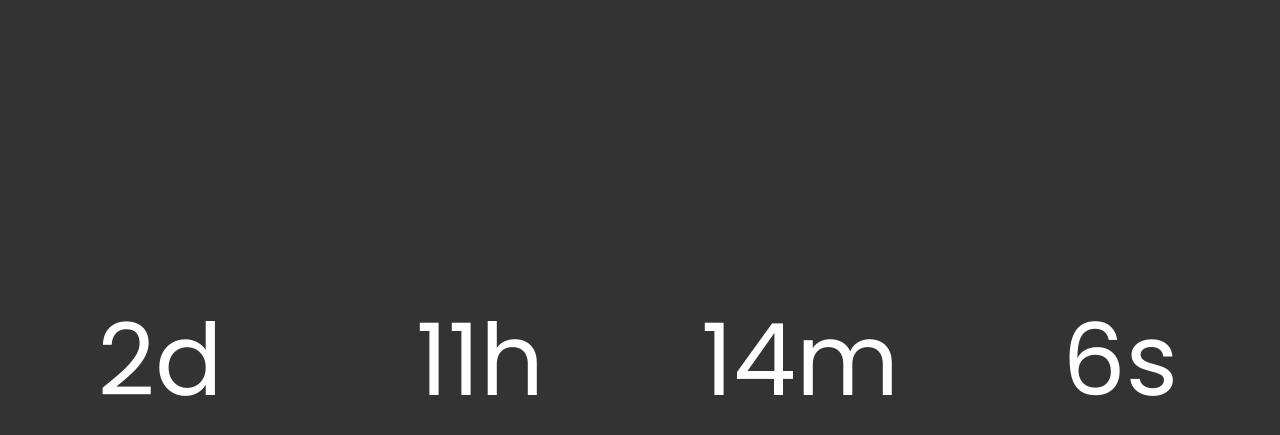
Repository: LeTanTru/All-Code
Page: Countdown/index.html
These files come from the project's save history. The page is drawn as it stood at one moment and after the next save; the edit follows.
The browser window is 1280 px wide. The pictures show the whole page.

Above is the page before, as saved 2023-01-04 21:07:15.

### Countdown/index.html
<!DOCTYPE html>
<html lang="en">

<head>
    <meta charset="UTF-8">
    <meta http-equiv="X-UA-Compatible" content="IE=edge">
    <meta name="viewport" content="width=device-width, initial-scale=1.0">
    <link rel="icon" type="image/x-icon" href="https://encrypted-tbn0.gstatic.com/images?q=tbn:ANd9GcQIQh1eX0Q6u5cD437ia0Gx8Band5tZZqGc_A&usqp=CAU">
    <title>Countdown</title>
    <link rel="stylesheet" href="./style.css">
    <link rel="preconnect" href="https://fonts.googleapis.com">
    <link rel="preconnect" href="https://fonts.gstatic.com" crossorigin>
    <link href="https://fonts.googleapis.com/css2?family=Poppins:wght@400;500&display=swap" rel="stylesheet">
</head>

<body>
    <div class="wrapper">
        <div class="countdown">
            <h3 class="countdown-css days"></h3>
            <h3 class="countdown-css hours"></h3>
            <h3 class="countdown-css minutes"></h3>
            <h3 class="countdown-css seconds"></h3>
        </div>
    </div>
    <script src="./countdown.js"></script>
</body>

</html>

### Countdown/style.css
*,
*::before,
*::after {
  box-sizing: border-box;
}

* {
  margin: 0;
  padding: 0;
  font: inherit;
}

body {
  line-height: 1.5;
}

img,
picture,
video,
canvas,
svg {
  display: block;
  max-width: 100%;
}

input,
button,
textarea,
select {
  outline: none;
}

p,
h1,
h2,
h3,
h4,
h5,
h6 {
  overflow-wrap: break-word;
}

* {
  border: 0;
  padding: 0;
  margin: 0;
  box-sizing: border-box;
}

body {
  background-color: #333;
}

html {
  font-family: "Poppins", sans-serif;
}

.wrapper {
  display: flex;
  align-items: center;
  justify-content: flex-start;
  height: 100vh;
}

.countdown {
  width: 100%;
  height: 300px;
  border-radius: 15px;
  display: flex;
  transition: all linear 0.5s;
  position: relative;
  color: white;
}

.countdown.open {
  background-color: rgba(100, 73, 74, 0.5);
}

.countdown-css {
  display: inline-block;
  width: 25%;
  height: 300px;
  line-height: 300px;
  text-align: center;
  font-size: 100px;
  pointer-events: none;
  transition: all linear 0.5s;
  user-select: none;
}

### Countdown/countdown.js
const daysEle = document.querySelector(".days");
const hoursEle = document.querySelector(".hours");
const minutesEle = document.querySelector(".minutes");
const secondsEle = document.querySelector(".seconds");

console.log({ daysEle, hoursEle, minutesEle, secondsEle });

const date = new Date();
const dateEnd = new Date("1/1/2023");
const difference = dateEnd.getTime() - date.getTime();
const days = Math.floor(difference / (1000 * 86400));
const hours = Math.floor(difference / (1000 * 3600) - days * 24);
const minutes = Math.floor(
  (difference / (1000 * 3600) - days * 24 - hours) * 60
);
const seconds = Math.floor(
  ((difference / (1000 * 3600) - days * 24 - hours) * 60 - minutes) * 60
);
daysEle.innerText = days + "d";
hoursEle.innerText = hours + "h";
minutesEle.innerText = minutes + "m";
secondsEle.innerText = seconds + "s";

setInterval(() => {
  const date = new Date();
  const dateEnd = new Date("1/1/2023");
  const difference = dateEnd.getTime() - date.getTime();
  const days = Math.floor(difference / (1000 * 86400));
  const hours = Math.floor(difference / (1000 * 3600) - days * 24);
  const minutes = Math.floor(
    (difference / (1000 * 3600) - days * 24 - hours) * 60
  );
  const seconds = Math.floor(
    ((difference / (1000 * 3600) - days * 24 - hours) * 60 - minutes) * 60
  );
  daysEle.innerText = days + "d";
  hoursEle.innerText = hours + "h";
  minutesEle.innerText = minutes + "m";
  secondsEle.innerText = seconds + "s";
}, 1000);

After the next save:
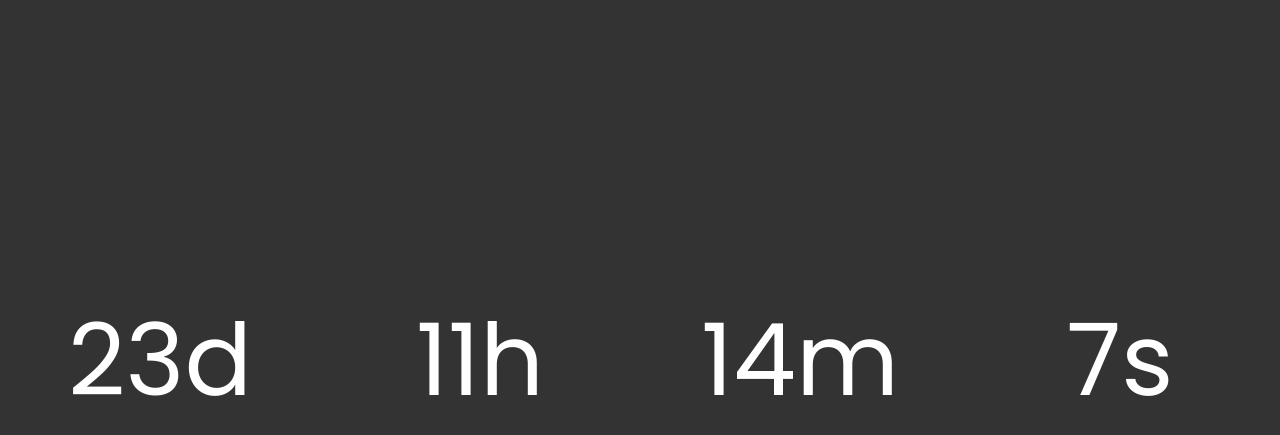
Saved 12 s later.
--- a/Countdown/countdown.js
+++ b/Countdown/countdown.js
@@ -23,7 +23,7 @@ secondsEle.innerText = seconds + "s";
 
 setInterval(() => {
   const date = new Date();
-  const dateEnd = new Date("1/1/2023");
+  const dateEnd = new Date("1/22/2023");
   const difference = dateEnd.getTime() - date.getTime();
   const days = Math.floor(difference / (1000 * 86400));
   const hours = Math.floor(difference / (1000 * 3600) - days * 24);
